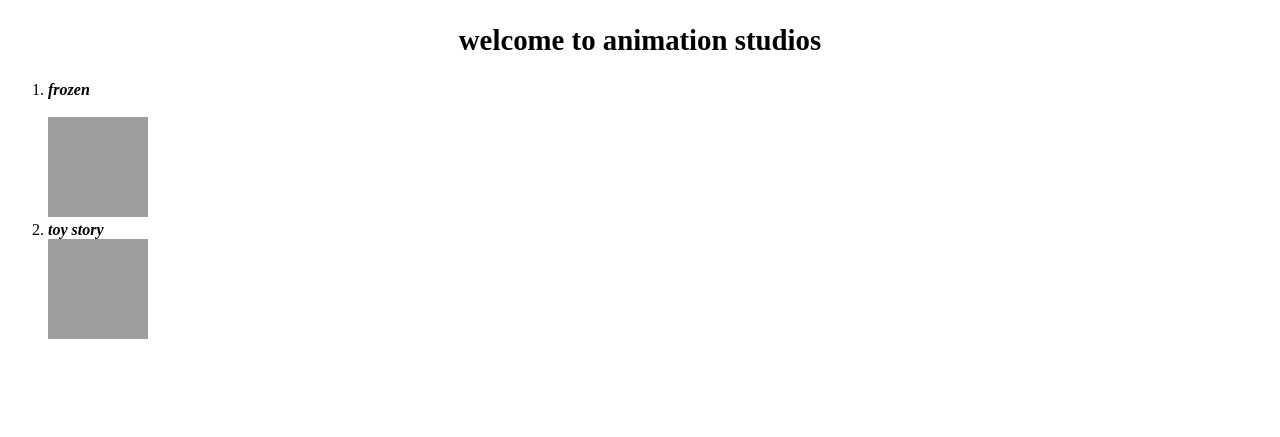
Repository: Rock-ass/New-folder--2-
Page: index.html
The author's editor kept a copy of each file at every save. The page is drawn from the files as they stood at one save, then again after a run of saves.
The browser window is 1280 px wide. The pictures show the whole page.
Pictures or frames that could not be fetched are drawn as grey boxes.

Above is the page before, as saved 2021-12-24 21:31:54.

### index.html
<!DOCTYPE html>
<html lang="en">
    <html>
<head>
<meta charset="UTF-8">
<meta name="viewport" content="width=device-width, initial-scale=1.0">
<meta name= disney content="disney fan club">
<title> disney</title>
</head>
<body>
   <main>
   <section>
<big><h1 style="text-align: center;">welcome to animation studios</h1></big>

<ol>
<li>
   <strong><i>frozen</i></strong>

</li>
<br>
<img id:"img1"  src ="https://i.pinimg.com/originals/57/70/b2/5770b24cdb30423f5d6070719b9b01fb.jpg"  width="100" height="100" alt="frozen">
<style>
    img1{



    }

</style>
<br>

<li>
    <strong> <i>toy story</i> </strong>
    <br>
    <img id:"img2"  src ="https://m.media-amazon.com/images/M/MV5BMTgxOTY4Mjc0MF5BMl5BanBnXkFtZTcwNTA4MDQyMw@@._V1_FMjpg_UX1000_.jpg"  width="100" height="100" alt="frozen">
    <style>
        img2{



        }

    </style>
</li>
<br>






</ol>
<form action="results.html" method="get">



</form>


   </section>








   </main>






</body>





















    </html>

After the next 2 saves:
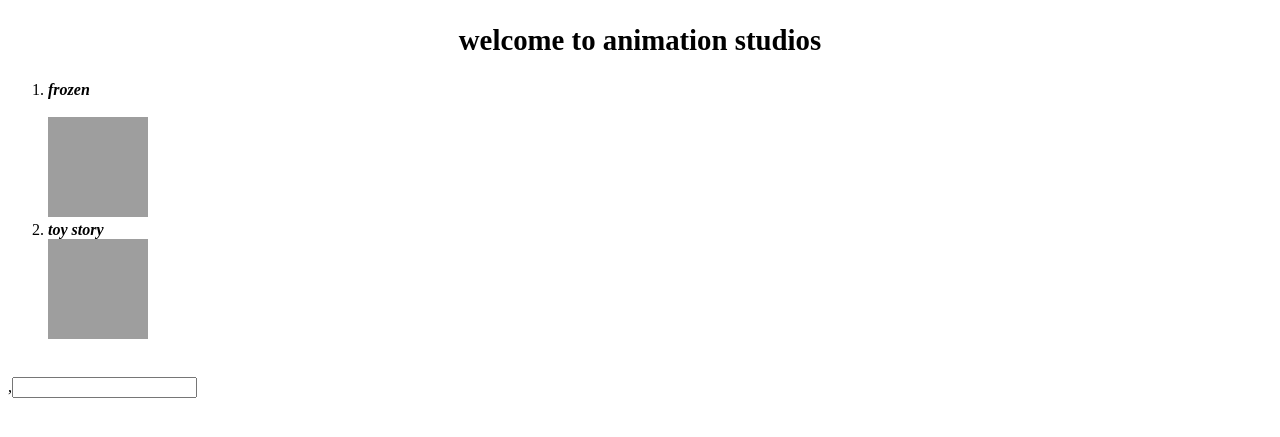
The 2 saves are shown as one change because they came seconds apart.
The last was saved 6 s later.
--- a/index.html
+++ b/index.html
@@ -51,7 +51,7 @@
 
 </ol>
 <form action="results.html" method="get">
-
+,<input type="text">
 
 
 </form>
